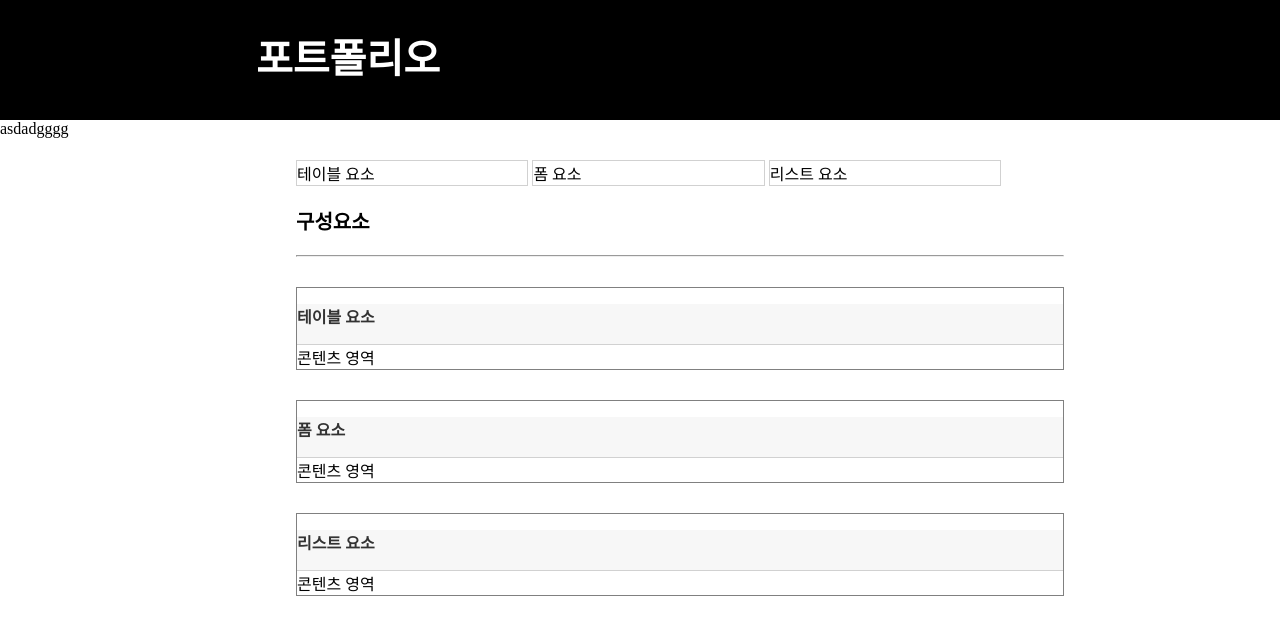
Repository: ItChoi/CSS-Study
Page: Css/WebContent/html/boostcourse/project-A1/portfolio.html
The author's editor kept a copy of each file at every save. The page is drawn from the files as they stood at one save, then again after the next save.
The browser window is 1280 px wide. The pictures show the whole page.

Above is the page before, as saved 2019-06-18 10:34:44.

After the next save:
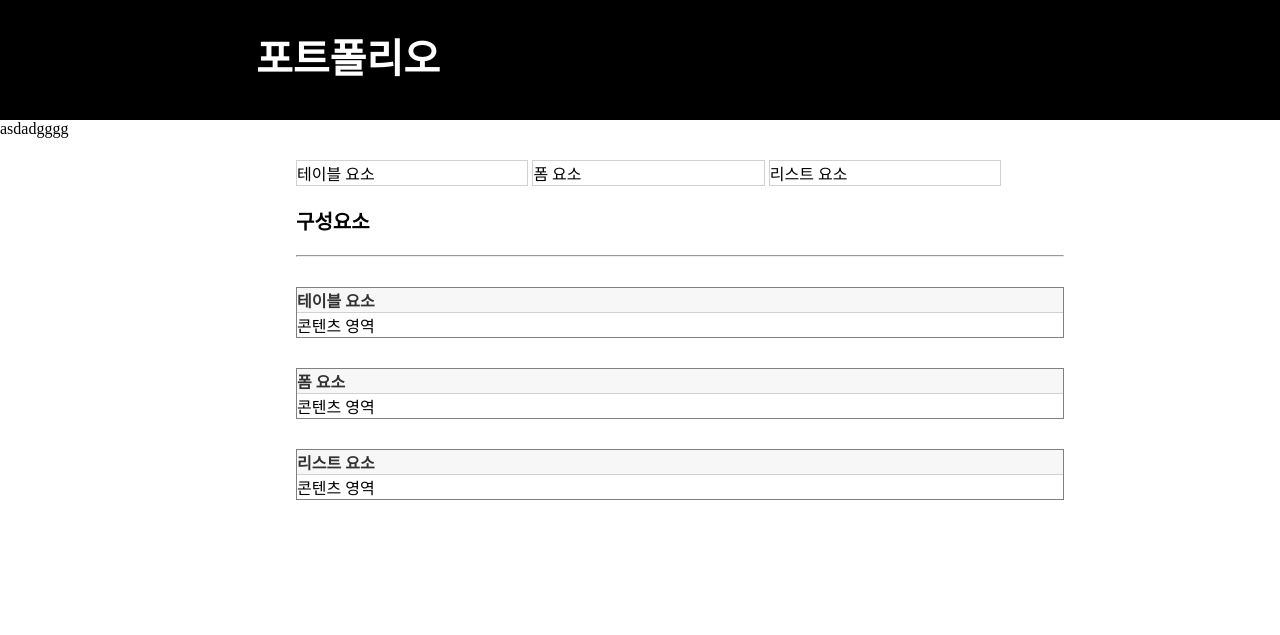
Saved 10 min 53 s later.
--- a/Css/WebContent/css/boostcourse/project-A1/portfolio.css
+++ b/Css/WebContent/css/boostcourse/project-A1/portfolio.css
@@ -79,7 +79,8 @@ hr {
 }
 
 .ele_text {
+	margin: 0px;
+	color: #333;
 	font-size: 16px;
-	color: #333;
 	font-weight: bold;
 }
